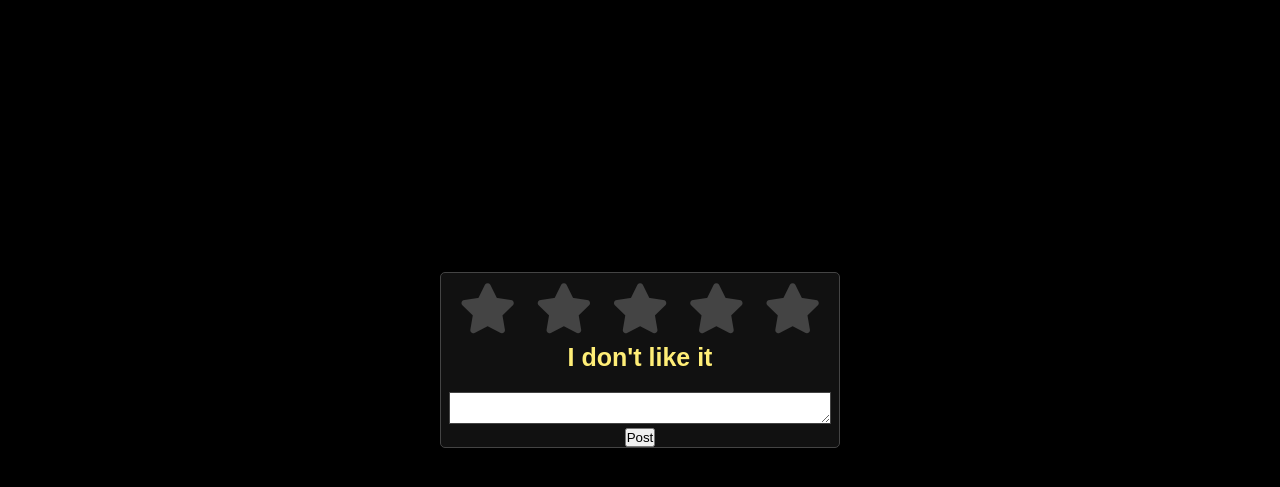
Repository: Suryansh-D/Star-Ratings
Page: index.html
These files come from the project's save history. The page is drawn as it stood at one moment and after a run of saves; the edit follows.
The browser window is 1280 px wide. The pictures show the whole page.

Above is the page before, as saved 2024-02-03 09:59:13.

After the next 2 saves:
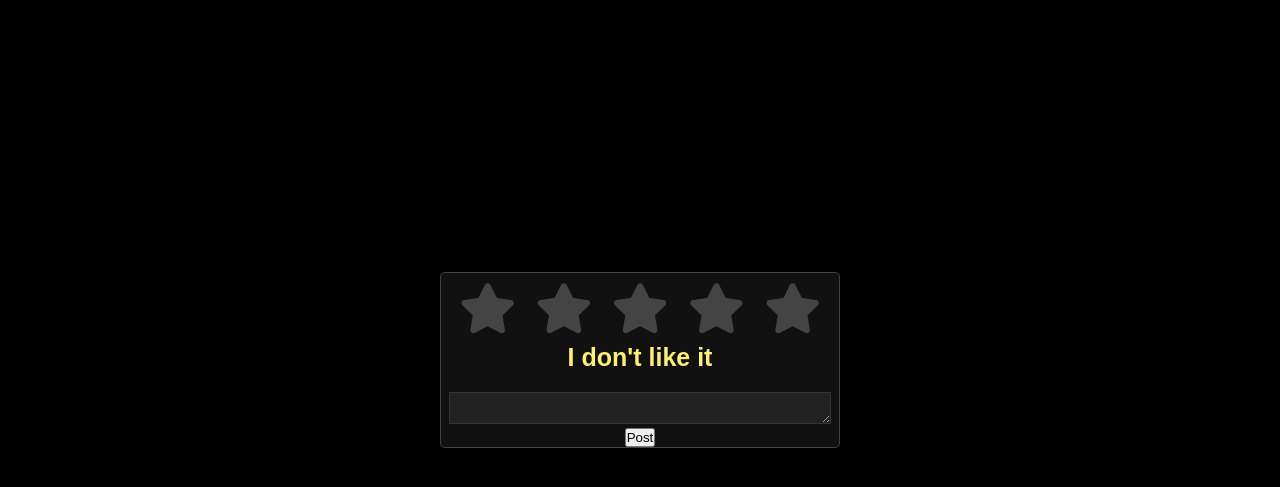
The 2 saves are shown as one change because they came seconds apart.
The last was saved 7 s later.
--- a/style.css
+++ b/style.css
@@ -66,5 +66,7 @@ form .textarea textarea{
     height: 100%;
     width:100%;
     outline: none;
-    border: 1px solid #444;
+    border: 1px solid #333;
+    background: #222;
+
 }
